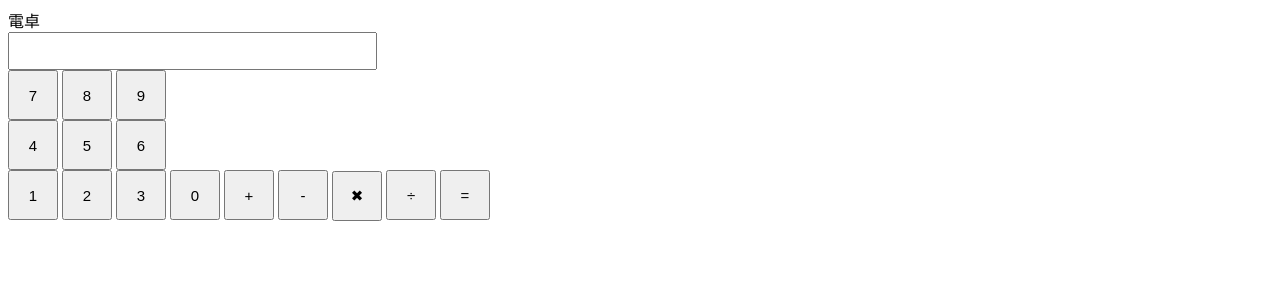
Repository: U-dias/work3
Page: 実践課題(電卓)/index.html
The author's editor kept a record of every edit. The page is drawn from the files as they stood at one moment, then again after the next edit.
The browser window is 1280 px wide. The pictures show the whole page.

Above is the page before.

After the next edit:
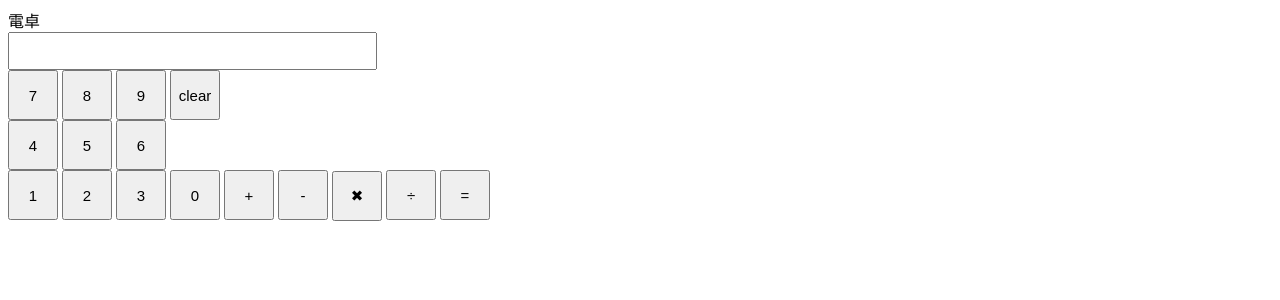
The edit:
--- a/実践課題(電卓)/index.html
+++ b/実践課題(電卓)/index.html
@@ -24,7 +24,8 @@
  </script>
  <button onclick="append('7')">7</button>
  <button onclick="append('8')">8</button>
- <button onclick="append('9')">9</button><br />
+ <button onclick="append('9')">9</button>
+ <button onclick="update(' ')">clear</button><br />
 
  <button onclick="append('4')">4</button>
  <button onclick="append('5')">5</button>
